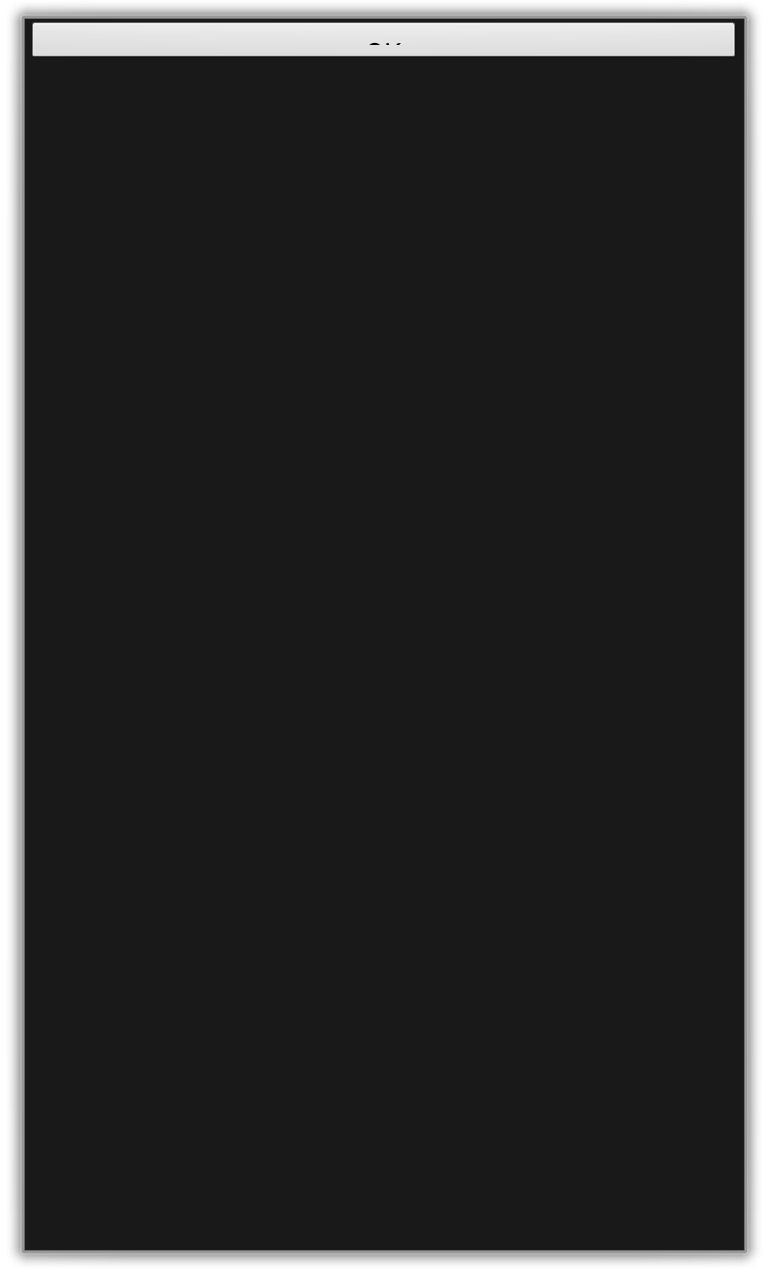
Repository: ychevalier/AnnoyingApp
Layout: Android/AnnoyingApp/res/layout/activity_annoying.xml
The author's editor kept a copy of each file at every save. The layout is drawn from the files as they stood at one save, then again after the next save.
It is drawn on a 768 x 1280 px phone screen (xhdpi) without system bars, with theme android:Theme.Dialog; the app's code is not run.

Above is the layout before, as saved 2013-03-25 14:00:48.

After the next save:
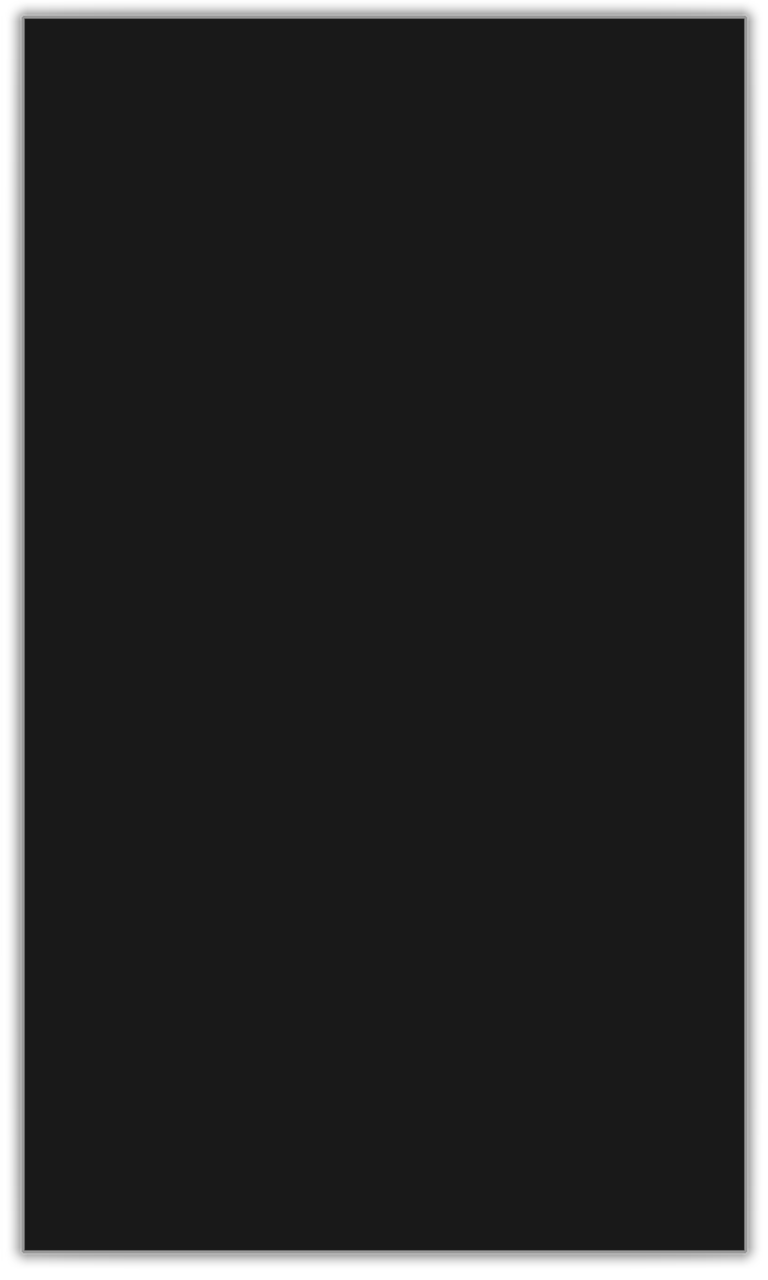
Saved 10 s later.
--- a/Android/AnnoyingApp/res/layout/activity_annoying.xml
+++ b/Android/AnnoyingApp/res/layout/activity_annoying.xml
@@ -1,8 +1,9 @@
 <?xml version="1.0" encoding="utf-8"?>
-<RelativeLayout >
-<LinearLayout xmlns:android="http://schemas.android.com/apk/res/android"
+<RelativeLayout xmlns:android="http://schemas.android.com/apk/res/android"
     android:layout_width="match_parent"
-    android:layout_height="match_parent"
+    android:layout_height="match_parent">
+<LinearLayout
+
     android:orientation="horizontal" >
 
     <Button

After the save that followed:
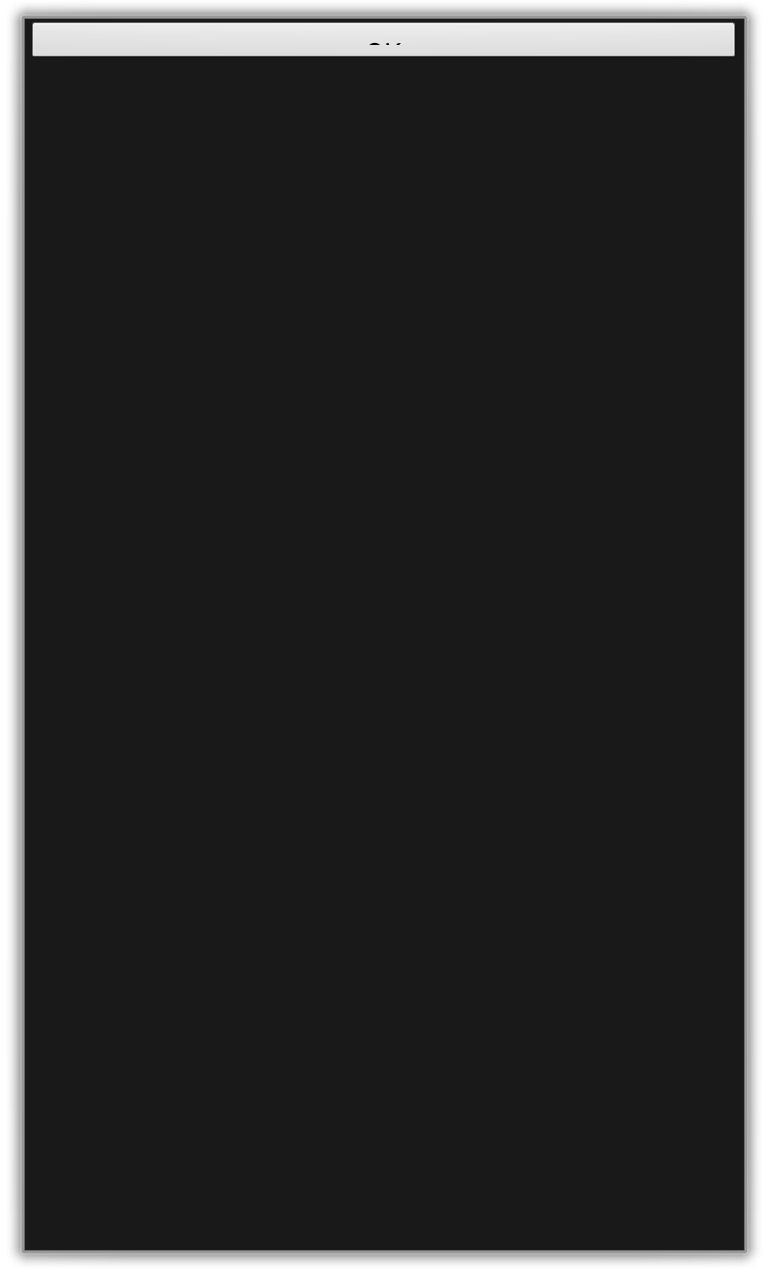
Saved 5 s later.
--- a/Android/AnnoyingApp/res/layout/activity_annoying.xml
+++ b/Android/AnnoyingApp/res/layout/activity_annoying.xml
@@ -3,7 +3,8 @@
     android:layout_width="match_parent"
     android:layout_height="match_parent">
 <LinearLayout
-
+    android:layout_width="match_parent"
+    android:layout_height="match_parent"
     android:orientation="horizontal" >
 
     <Button
